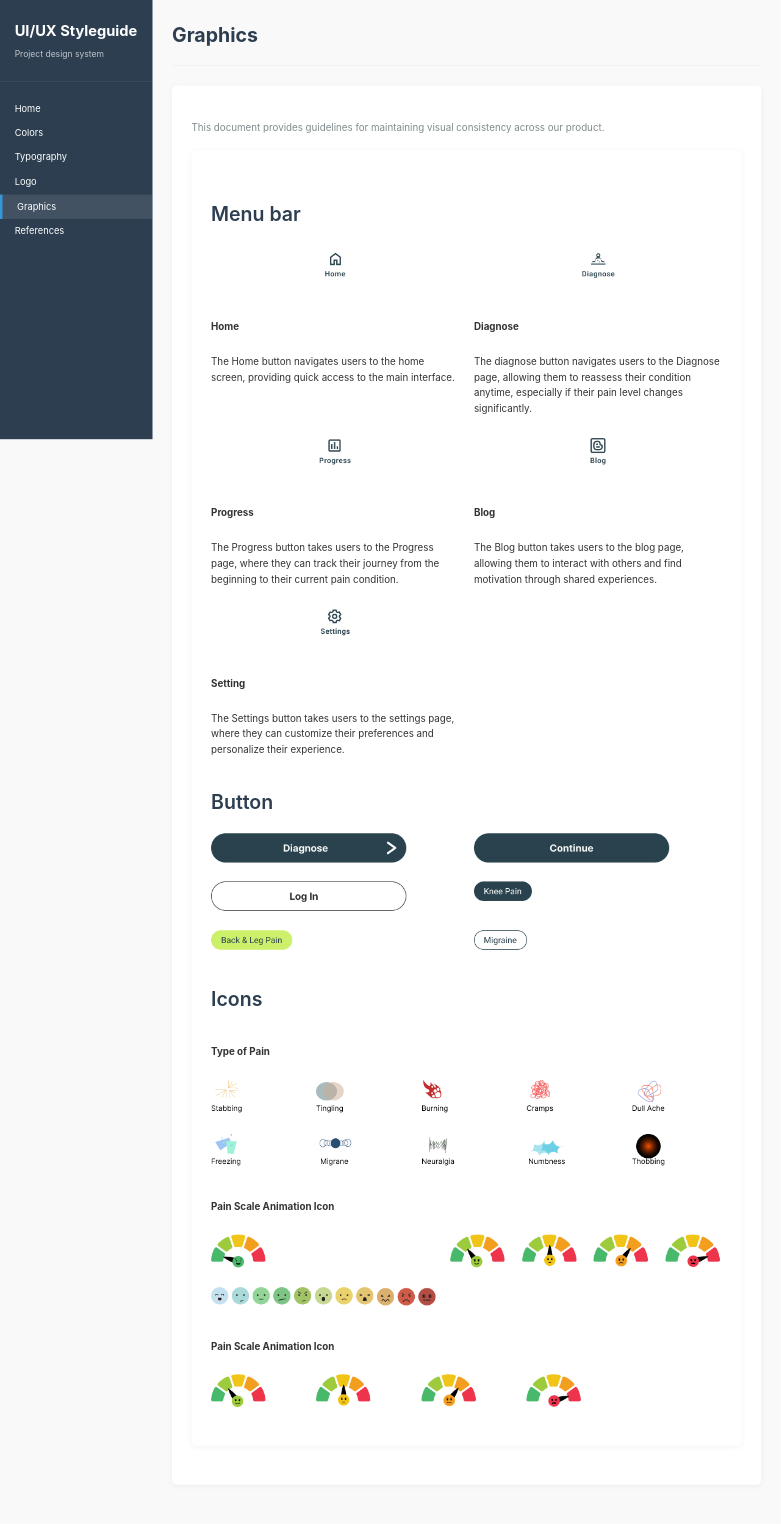
Repository: rosielee09/Heal_U
Page: graphics.html
An editor plug-in stored every save of this project. The page is shown before and after the next save, followed by the edit.
The browser window is 1280 px wide. The pictures show the whole page, at 61% of full size.

Above is the page before, as saved 2025-04-03 21:44:18.

After the next save:
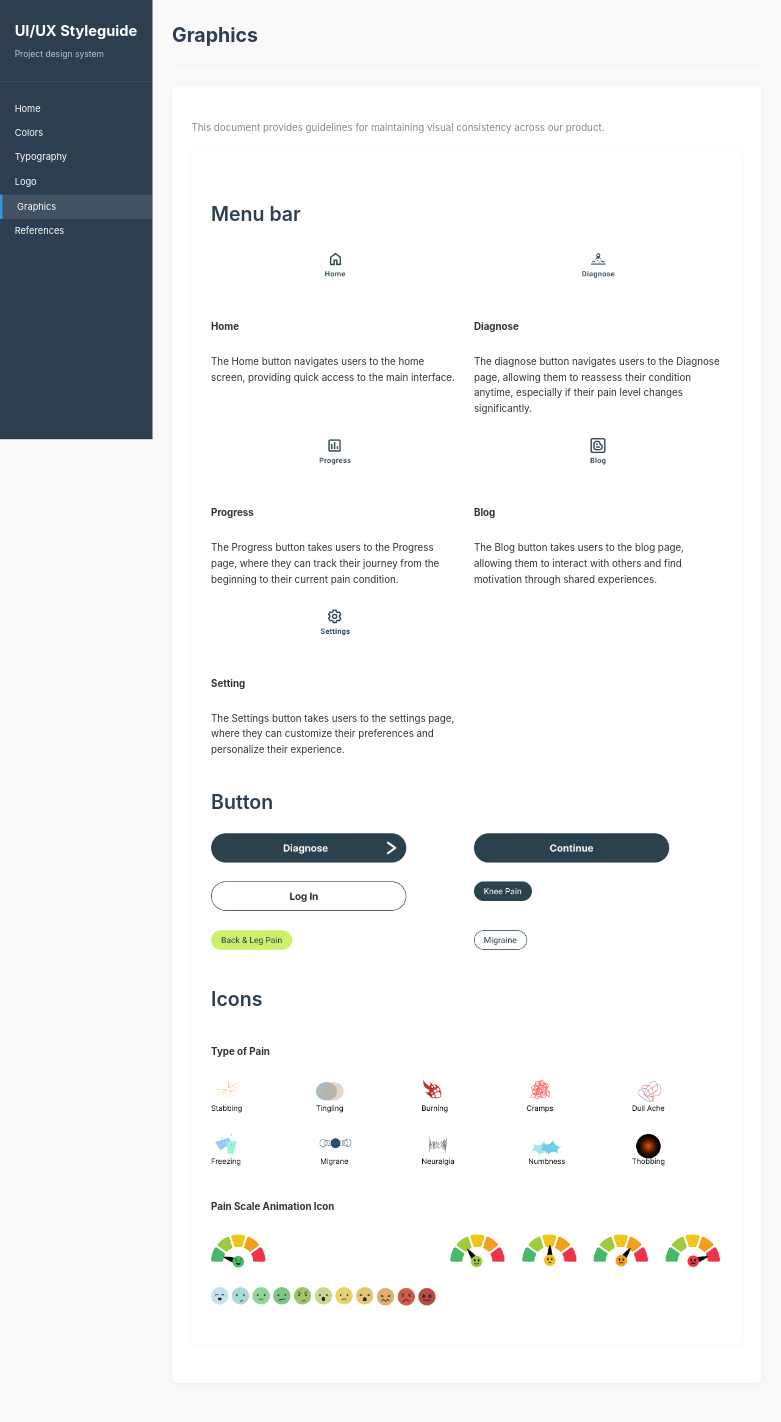
Saved 7 s later.
--- a/graphics.html
+++ b/graphics.html
@@ -177,23 +177,7 @@
                     </div>
                 </div>
 
-                <h4 class="graphic-title">Pain Scale Animation Icon</h4>
-                <div class="graphic-grid__icons">
 
-
-                    <div class="graphic-item">
-                        <img class="graphic-icons" src="/img/Appovation - icons/Pain_difference-slider-mild.png" alt="pain_scale_icon">
-                    </div>
-                    <div class="graphic-item">
-                        <img class="graphic-icons" src="/img/Appovation - icons/Pain_difference-slider-middle.png" alt="pain_scale_icon">
-                    </div>
-                    <div class="graphic-item">
-                        <img class="graphic-icons" src="/img/Appovation - icons/Pain_difference-slider-less-severe.png" alt="pain_scale_icon">
-                    </div>
-                    <div class="graphic-item">
-                        <img class="graphic-icons" src="/img/Appovation - icons/Pain_difference-slider-severe.png" alt="pain_scale_icon">
-                    </div>
-                </div>
 
 
         </section>
